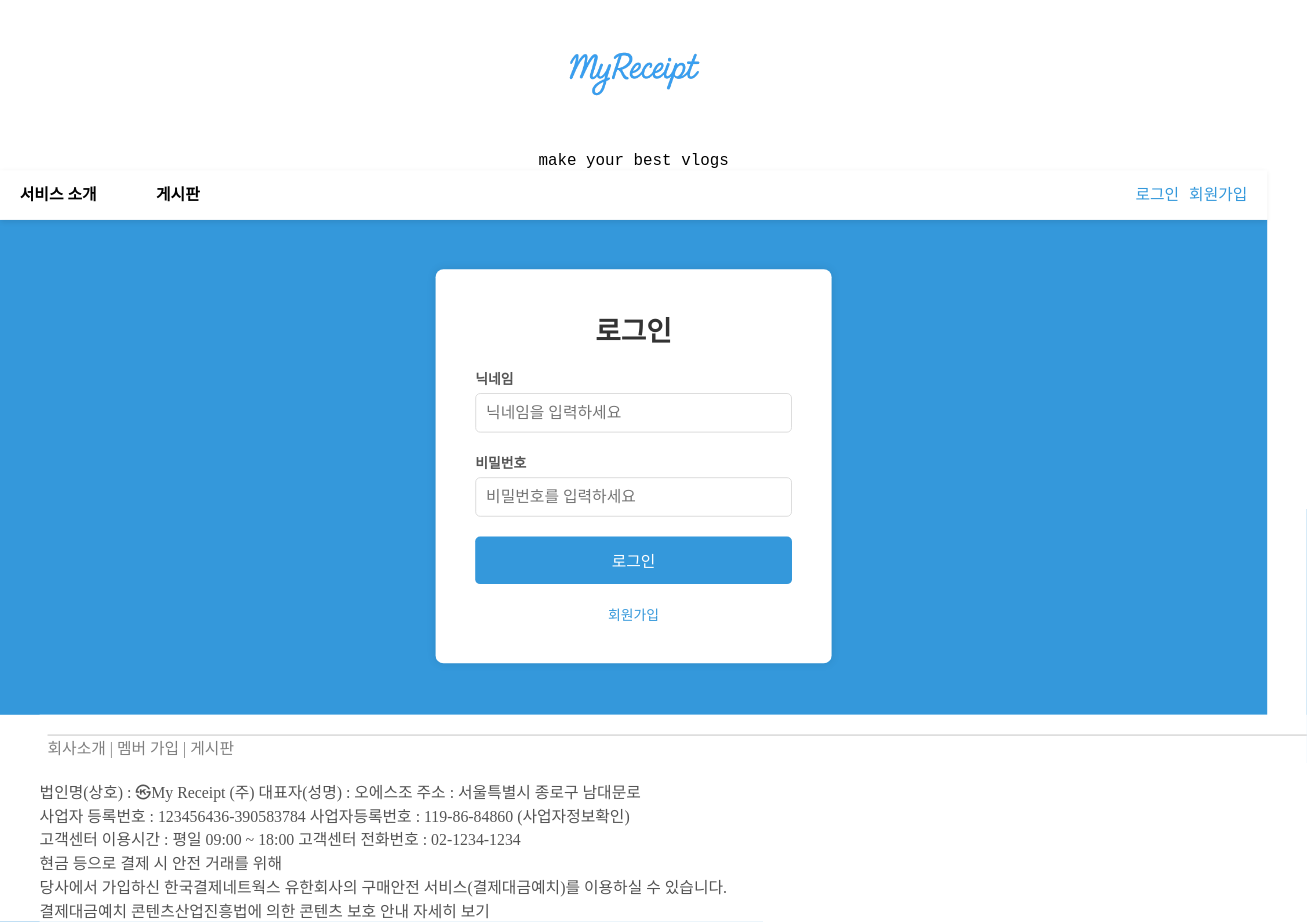
Repository: shong69/mini-project
Page: http://localhost/myReceipt2/login
An editor plug-in stored every save of this project. The page is shown before and after the next save, followed by the edit.
The browser window is 1280 px wide. The page is 1320 px wide, so the pictures cover 1320 px, including what lies to the right of the window. The pictures show the whole page, at 99% of full size.
Some web fonts or font styles are not loaded; a fallback is used. The page is served by Tomcat 10. Other server files are loaded and not shown.

Above is the page before, as saved 2025-05-06 19:49:27.

### jspProject/myReceipt2/src/main/webapp/WEB-INF/views/login.jsp
<%@ page language="java" contentType="text/html; charset=UTF-8"
    pageEncoding="UTF-8"%>
<%@ taglib prefix="c" uri="http://java.sun.com/jsp/jstl/core" %>
<!DOCTYPE html>
<html>
<head>
<meta charset="UTF-8">
<title>Insert title here</title>
<link rel="stylesheet" type="text/css" href="resources/css/main.css">
<style rel="stylesheet" type="text/css">

.login-form {
    background-color: #fff;
    margin:50px;
    padding: 40px;
    width: 100%;
    max-width: 400px;
    border-radius: 8px;
    box-shadow: 0 0 10px rgba(0, 0, 0, 0.1);
    text-align: center;
}

.login-form h2 {
    font-size: 28px;
    margin-bottom: 20px;
    color: #333;
}

.input-group {
    margin-bottom: 20px;
    text-align: left;
}

.input-group label {
    font-size: 14px;
    font-weight: bold;
    color: #555;
    margin-bottom: 5px;
    display: block;
}

.input-group input {
    width: 100%;
    padding: 10px;
    border: 1px solid #ddd;
    border-radius: 5px;
    font-size: 16px;
    color: #333;
    box-sizing: border-box;
}

.input-group input:focus {
    border-color: #3498db;
    outline: none;
}

/* 버튼 스타일링 */
button {
    width: 100%;
    padding: 12px;
    background-color: #3498db;
    color: white;
    border: none;
    border-radius: 5px;
    font-size: 16px;
    cursor: pointer;
    transition: background-color 0.3s;
}

button:hover {
    background-color: #2980b9;
}

/* 회원가입 링크 스타일링 */
.signup-link {
    margin-top: 20px;
}

.signup-link a {
    text-decoration: none;
    color: #3498db;
    font-size: 14px;
    transition: color 0.3s;
}

.signup-link a:hover {
    color: #2980b9;
}
#modal-wrapper {
    position: fixed;
    top: 0; left: 0;
    width: 100%; height: 100%;
    background-color: rgba(0,0,0,0.5);
    display: flex;
    align-items: center;
    justify-content: center;
    z-index: 9999;
}

#modal-content {
    background-color: #fff;
    padding: 30px 40px;
    border-radius: 8px;
    box-shadow: 0 4px 15px rgba(0,0,0,0.2);
    text-align: center;
}

#modal-message {
    font-size: 16px;
    margin-bottom: 20px;
}

#modal-close {
    padding: 10px 20px;
    background-color: #3498db;
    color: white;
    border: none;
    border-radius: 5px;
    cursor: pointer;
}

#modal-close:hover {
    background-color: #2980b9;
}

</style>
<script type="text/javascript" src="resources/js/jquery-3.1.1.min.js"></script>
<script >
$(function(){
	const message = $('#message-modal').text().trim();
	if(message) {
		$('#modal-message').text(message);
		$('#modal-wrapper').fadeIn();
	}
    $('#modal-close').on('click', function() {
        $('#modal-wrapper').fadeOut();
    });
});
</script>
</head>
<body>
	<jsp:include page="/WEB-INF/views/common/header.jsp"></jsp:include>

	<main>
		<form action="login" method="post" class="login-form">
		    <h2>로그인</h2>
		    <div class="input-group">
		        <label for="inputId">닉네임</label>
		        <input type="text" name="inputId" id="inputId" placeholder="닉네임을 입력하세요" required>
		    </div>
		    <div class="input-group">
		        <label for="inputPw">비밀번호</label>
		        <input type="password" name="inputPw" id="inputPw" placeholder="비밀번호를 입력하세요" required>
		    </div>
		    <button type="submit">로그인</button>
		    <div class="signup-link">
		        <a href="/myReceipt2/signup">회원가입</a>
		    </div>
		</form>

	</main>

	<div id="modal-wrapper" style="display:none;">
        <div id="modal-content">
            <p id="modal-message"></p>
            <button id="modal-close">확인</button>
        </div>
    </div>
	<jsp:include page="/WEB-INF/views/common/footer.jsp"></jsp:include>

	<c:if test="${not empty sessionScope.message}">
		<div id="message-modal" style="display:none;">${sessionScope.message}</div>
		<c:remove var="message" scope="session" />
	</c:if>
</body>
</html>

### jspProject/myReceipt2/src/main/webapp/WEB-INF/views/common/header.jsp
<%@ page language="java" contentType="text/html; charset=UTF-8"
    pageEncoding="UTF-8"%>
<%@ taglib prefix="c" uri="http://java.sun.com/jsp/jstl/core" %>
	<div id="header">
		<a href="/myReceipt2/index"><img src="resources/imgs/logo.png" style="width:150px;"/></a>
		<p style="font-family: 'Courier New', Courier, monospace;">make your best vlogs</p>
	</div>
	<div id="nav-bar">
		<div id="menu">
			<a href="/myReceipt2/intro">서비스 소개</a>
			<a href="/myReceipt2/board">게시판</a>
		</div>
		<div id="loginSt">
			<c:choose>
				<c:when test="${not empty sessionScope.loginMember}">
					<p>${sessionScope.loginMember.nickName}님이 로그인 중</p>
					<a href="/myReceipt2/logout">로그아웃</a>

				</c:when>
				<c:otherwise>
					<a href="/myReceipt2/login">로그인</a>
					<a href="/myReceipt2/sign">회원가입</a>
				</c:otherwise>
			</c:choose>
		</div>

	</div>

### jspProject/myReceipt2/src/main/webapp/WEB-INF/views/common/footer.jsp
<%@ page language="java" contentType="text/html; charset=UTF-8"
    pageEncoding="UTF-8"%>
	<footer class="footer">
	    <section>
	        <div class="footer-nav">
	            <a href="/">회사소개 |</a>
	            <a href="/signup">멤버 가입 |</a>
	            <a href="/">게시판</a>
	        </div>
	    </section>
	    <section>
	        <div>
	            법인명(상호) : ㉿My Receipt (주) 대표자(성명) : 오에스조 주소 : 서울특별시 종로구 남대문로 <br>
	            사업자 등록번호 : 123456436-390583784  사업자등록번호 : 119-86-84860 (사업자정보확인)<br>
	            고객센터 이용시간 : 평일 09:00 ~ 18:00  고객센터 전화번호 : 02-1234-1234
	        </div>

	        <div>
	            현금 등으로 결제 시 안전 거래를 위해<br>
	            당사에서 가입하신 한국결제네트웍스 유한회사의 구매안전 서비스(결제대금예치)를 이용하실 수 있습니다.<br>
	            결제대금예치 콘텐츠산업진흥법에 의한 콘텐츠 보호 안내 자세히 보기
	        </div>
	    </section>
	</footer>

### jspProject/myReceipt2/src/main/java/com/project/jsp/controller/LoginController.java
package com.project.jsp.controller;

import java.io.IOException;

import com.project.jsp.model.domain.Member;
import com.project.jsp.model.service.MemberService;

import jakarta.servlet.ServletException;
import jakarta.servlet.http.HttpServlet;
import jakarta.servlet.http.HttpServletRequest;
import jakarta.servlet.http.HttpServletResponse;
import jakarta.servlet.http.HttpSession;

public class LoginController extends HttpServlet{
	@Override
	protected void doGet(HttpServletRequest req, HttpServletResponse resp) throws ServletException, IOException {
		req.getRequestDispatcher("/WEB-INF/views/login.jsp").forward(req, resp);
	}
	@Override
	protected void doPost(HttpServletRequest req, HttpServletResponse resp) throws ServletException, IOException {
		String inputId = req.getParameter("inputId");
		String inputPw = req.getParameter("inputPw");
		System.out.print(inputId +" "+inputPw);
		MemberService service = new MemberService();
		Member loginMember = service.login(inputId, inputPw);

		HttpSession session = req.getSession();
		if(loginMember != null) {
			session.setAttribute("loginMember", loginMember);
			session.setMaxInactiveInterval(60*60);
			resp.sendRedirect("/myReceipt2/index");
		}else {
			session.setAttribute("message", "로그인에 실패하였습니다.(id or password not correct)");
			resp.sendRedirect("/myReceipt2/login");
		}

	}
}

### jspProject/myReceipt2/src/main/webapp/resources/css/main.css
* {
	box-sizing: border-box;
	padding: 0;
	margin: 0;
	font-family: 'main';
}
/* 메인 폰트 */
@font-face {
	font-family: 'main';
	src:
		url('https://fastly.jsdelivr.net/gh/Project-Noonnu/noonfonts_2107@1.1/Pretendard-Regular.woff')
		format('woff');
	font-style: normal;
	font-weight: 400;
}

/*header*/
#header {
	width: 100%;
	text-align: center;
}

#header>div:first-child {
	margin-bottom: 15px;
}

#nav-bar {
	line-height: 50px;
	height: 50px;
	position: sticky;
	top: 0;
	left: 0;
	background-color: white;
	z-index: 1000;
	box-shadow: 0 2px 5px rgba(0, 0, 0, 0.1);
	display:flex;
	flex-direction:row;
}

#loginSt {
	margin-left:auto;
	margin-right:20px;
	display:flex;
	flex-direction:row;
}

#loginSt a {
	margin-left: 10px;
	color: #3498db;
	text-decoration: none;
}

#menu {
	display: flex;
	gap: 20px;
}

#menu a {
	text-decoration: none;
	color: black;
	font-weight: bold;
	padding: 0 20px;
	position: relative;
	overflow: hidden;
	transition: background-color 0.5s ease;
}

#menu a:hover {
	background-color: #335085;
	animation-duration: 2s;
	color: whitesmoke;
}

main {
	background-color: #3498db;
	display: flex;
	flex-direction: column;
	align-items: center;
	min-height:500px;
}

.section-title {
	font-size: 3.5rem;
	margin: 100px 0 70px 0;
}

#carousel {
	width: 90%;
	height: 300px;
	background-color: #ddd;
	margin-top: 20px;
}
/*footer*/
.footer {
	background-color: white;
	width: 100%;
	height: auto;
	display: flex;
	flex-direction: column;
	padding-top: 20px;
	margin: 0 40px;
}

.footer>section:first-child {
	border-top: 1px solid #c5c5c5;
	display: flex;
	flex-direction: row;
	margin-left: 8px;
}

.footer>section a {
	color: gray;
	text-decoration: none;
}

.footer>section:nth-child(2) {
	padding-top: 20px;
	color: rgb(83, 83, 83);
}

Loaded but not shown: jspProject/myReceipt2/src/main/webapp/resources/js/jquery-3.1.1.min.js (library)

After the next save:
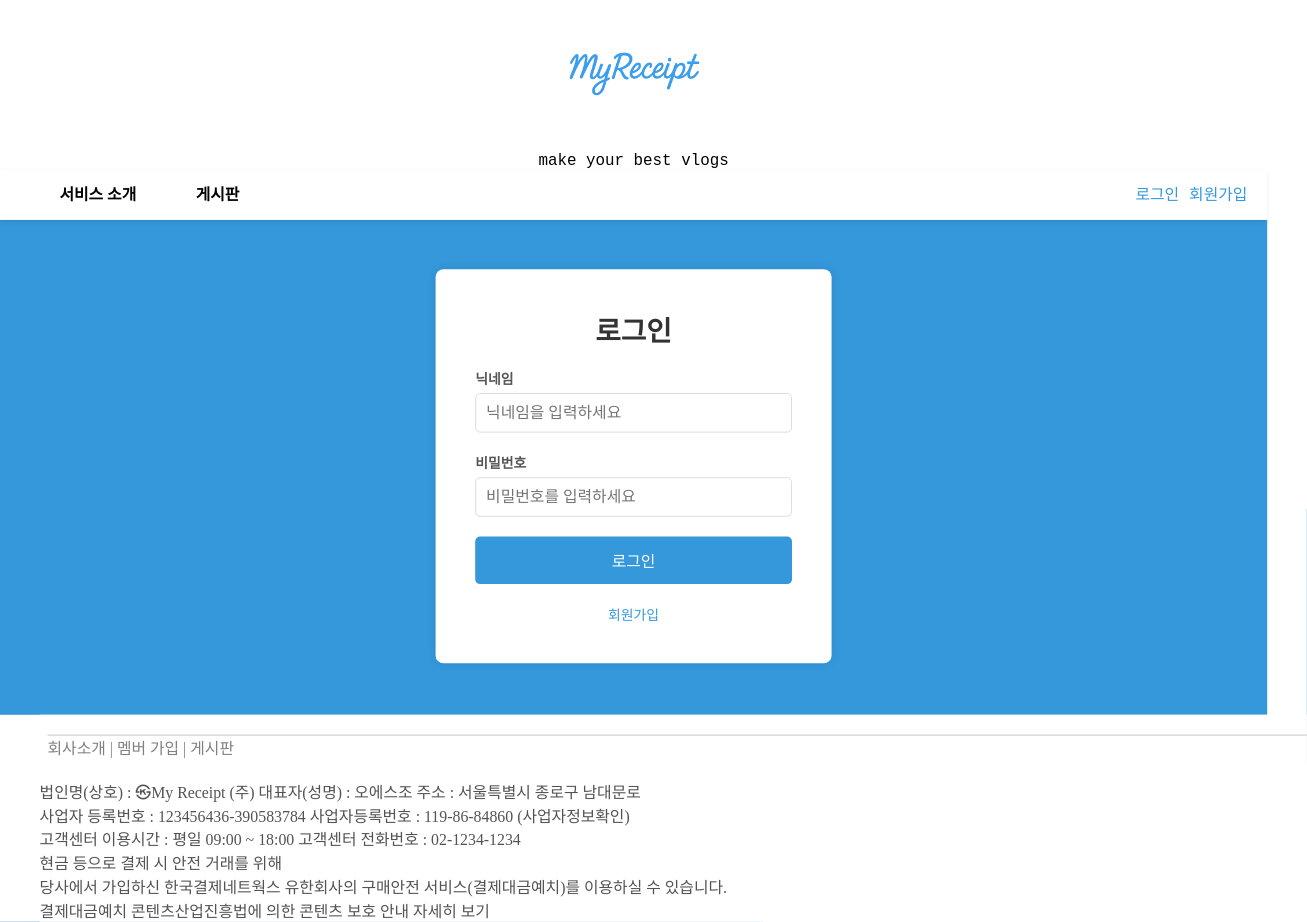
Saved 26 s later.
--- a/jspProject/myReceipt2/src/main/webapp/resources/css/main.css
+++ b/jspProject/myReceipt2/src/main/webapp/resources/css/main.css
@@ -51,6 +51,7 @@
 }
 
 #menu {
+	margin-left:40px;
 	display: flex;
 	gap: 20px;
 }
